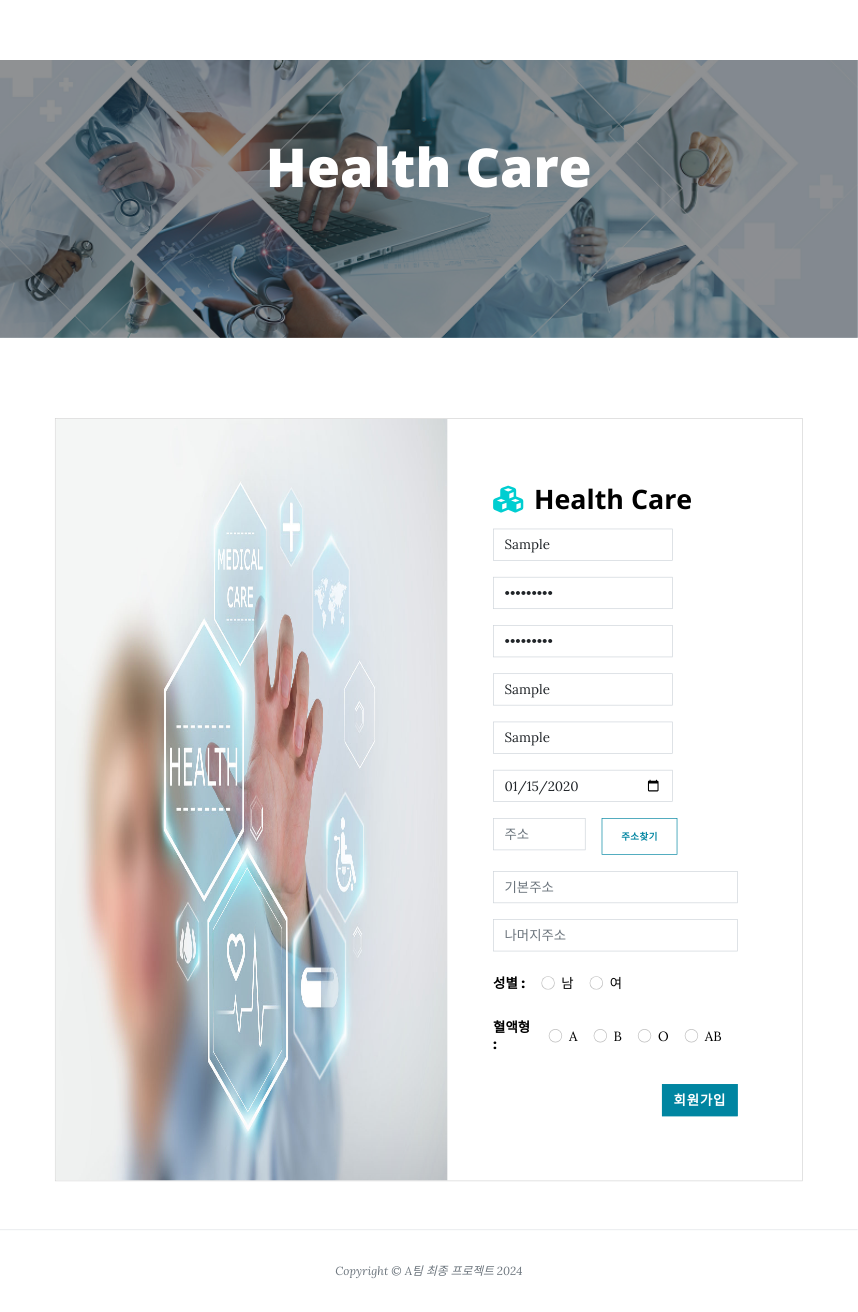
Repository: honsb91/project
Page: http://localhost/hospital/member/join.jsp
An editor plug-in stored every save of this project. The page is shown before and after the next save, followed by the edit.
The browser window is 1280 px wide. The pictures show the whole page, at 67% of full size.
Empty fields were first filled with sample values (such as "Sample", 5 or name@example.com).
After loading, the first visible `button.btn-primary` was clicked once.
Some web libraries are served in a nearby version. The page is served by Tomcat 9. Nobody is signed in. The application's start-up code is not run. Other server files are loaded and not shown.

Above is the page before, as saved 2024-01-29 08:32:57.

### hospital/src/main/webapp/member/join.jsp
<%@ page language="java" contentType="text/html; charset=UTF-8"
	pageEncoding="UTF-8"%>
<%@ taglib prefix="c" uri="http://java.sun.com/jsp/jstl/core"%>
<!DOCTYPE html>
<html>
<head>
<meta charset="UTF-8">
<title>회원가입</title>
<link rel="stylesheet" href="/resources/css/member/join.css">
</head>
<%@ include file="/include/header.jsp"%>
<body>
<section class="h-100">
<form id="join_form" method="post">
  <div class="container py-5 h-100">
    <div class="row d-flex justify-content-center align-items-center h-100">
      <div class="col">
        <div class="card card-registration my-4">
          <div class="row g-0">
            <div class="col-xl-6 d-none d-xl-block">
              <img src="/resources/assets/img/test5.jpg" alt="Sample photo" class="img-fluid"
                style="border-top-left-radius: .25rem; border-bottom-left-radius: .25rem;" />
            </div>
            <div class="col-xl-6">
              <div class="card-body p-md-5 text-black">
                <div class="d-flex align-items-center mb-3 pb-1">
                    <i class="fas fa-cubes fa-2x me-3" style="color: #00ced1;"></i>
                    <span class="h1 fw-bold mb-0">Health Care</span>
                  </div>
                <div class="row">
                  <div class="col-md-9 mb-4">
                    <div class="form-outline">
                      <input type="text" name="patient_id" id="id_input" class="form-control form-control-lg" placeholder="아이디" />
                    </div>
                    <span class="id_input_re_1">사용 가능한 아이디입니다.</span>
					<span class="id_input_re_2">아이디가 이미 존재합니다.</span>
					<span class="final_id_ck">아이디를 입력해주세요.</span>
                  </div>
                </div>

                <div class="row">
                  <div class="col-md-9 mb-4">
                    <div class="form-outline">
                      <input type="password" name="patient_pw" id="form3Example1m1" class="form-control form-control-lg" placeholder="비밀번호"/>
                    </div>
                    <span class="final_pw_ck">비밀번호를 입력해주세요.</span>
                  </div>
                </div>

                <div class="row">
                  <div class="col-md-9 mb-4">
                    <div class="form-outline">
                      <input type="password" name="patient_pw_chk" id="form3Example1m1" class="form-control form-control-lg" placeholder="비밀번호 확인"/>
                    </div>
                    <span class="final_pwck_ck">비밀번호 확인을 입력해주세요.</span>
                    <span class="pwck_input_re_1">비밀번호가 일치합니다.</span>
                	<span class="pwck_input_re_2">비밀번호가 일치하지 않습니다.</span>
                  </div>
                </div>

                <div class="row">
                  <div class="col-md-9 mb-4">
                    <div class="form-outline">
                      <input type="text" name="patient_name" id="form3Example1m1" class="form-control form-control-lg" placeholder="이름"/>
                    </div>
                    <span class="final_name_ck">이름을 입력해주세요.</span>
                  </div>
                </div>

                <div class="row">
                  <div class="col-md-9 mb-4">
                    <div class="form-outline">
                      <input type="text" name="patient_phone" id="form3Example1m1" class="form-control form-control-lg" placeholder="전화번호"/>
                    </div>
                  </div>
                </div>

                <div class="row">
                  <div class="col-md-9 mb-4">
                    <div class="form-outline">
                      <input type="date" name="patient_birth" id="form3Example1m1" class="form-control form-control-lg" />
                    </div>
                  </div>
                </div>

                <div class="row">
    				<div class="col-md-5 mb-4">
        				<div class="form-outline">
            				<input type="text" name="patient_address1" class="form-control form-control-lg" readonly="readonly" placeholder="주소"/>
        				</div>
    				</div>
    				<div class="col-md-5 mb-4">
        				<button type="button" class="btn btn-outline-primary" onclick="execution_daum_address()">주소찾기</button>
    				</div>
				</div>

                <div class="form-outline mb-4">
                  <input type="text" name="patient_address2" class="form-control form-control-lg" readonly="readonly" placeholder="기본주소"/>
                </div>

                <div class="form-outline mb-4">
                  <input type="text" name="patient_address3" class="form-control form-control-lg" readonly="readonly" placeholder="나머지주소"/>
                </div>
                <span class="final_addr_ck">주소를 입력해주세요.</span>

              <div class="d-md-flex justify-content-start align-items-center mb-4 py-2">
  					<h5 class="mb-0 me-4">성별 : </h5>
  					<div class="form-check form-check-inline mb-0 me-4">
    					<input class="form-check-input" type="radio" name="patient_gender" id="femaleGender" value="female" />
    					<label class="form-check-label" for="femaleGender">남</label>
  					</div>
  			  		<div class="form-check form-check-inline mb-0 me-4">
    					<input class="form-check-input" type="radio" name="patient_gender" id="maleGender" value="male" />
    					<label class="form-check-label" for="maleGender">여</label>
  					</div>
			  </div>

			  <div class="d-md-flex justify-content-start align-items-center mb-4 py-2">
  				<h5 class="mb-0 me-4">혈액형 : </h5>
  				<div class="form-check form-check-inline mb-0 me-4">
    				<input class="form-check-input" type="radio" name="patient_blood" id="bloodTypeA" value="A" />
    				<label class="form-check-label" for="bloodTypeA">A</label>
  				</div>

  			    <div class="form-check form-check-inline mb-0 me-4">
    				<input class="form-check-input" type="radio" name="patient_blood" id="bloodTypeB" value="B" />
    				<label class="form-check-label" for="bloodTypeB">B</label>
  				</div>

  				<div class="form-check form-check-inline mb-0 me-4">
    				<input class="form-check-input" type="radio" name="patient_blood" id="bloodTypeO" value="O" />
    				<label class="form-check-label" for="bloodTypeO">O</label>
  				</div>

  				<div class="form-check form-check-inline mb-0 me-4">
    				<input class="form-check-input" type="radio" name="patient_blood" id="bloodTypeAB" value="AB" />
    				<label class="form-check-label" for="bloodTypeAB">AB</label>
  				</div>
			  </div>

                <div class="d-flex justify-content-end pt-3">
                  <button type="button" name="join_button" class="btn btn-primary btn-lg ms-2">회원가입</button>
                </div>
              </div>
            </div>
          </div>
        </div>
      </div>
    </div>
  </div>
  </form>
</section>
</body>
<%@ include file="/include/footer.jsp"%>
<script src="https://t1.daumcdn.net/mapjsapi/bundle/postcode/prod/postcode.v2.js"></script>
<script
  src="https://code.jquery.com/jquery-3.4.1.js"
  integrity="sha256-WpOohJOqMqqyKL9FccASB9O0KwACQJpFTUBLTYOVvVU="
  crossorigin="anonymous"></script>

<script>

/* 유효성 검사 통과유무 변수 */

var idCheck = false;            // 아이디
var idckCheck = false;            // 아이디 중복 검사
var pwCheck = false;            // 비번
var pwckCheck = false;            // 비번 확인
var pwckcorCheck = false;        // 비번 확인 일치 확인
var nameCheck = false;            // 이름
var addressCheck = false         // 주소


/* 다음 주소 연동 */
function execution_daum_address(){

    new daum.Postcode({
        oncomplete: function(data) {
            // 팝업에서 검색결과 항목을 클릭했을때 실행할 코드를 작성하는 부분입니다.
        	// 각 주소의 노출 규칙에 따라 주소를 조합한다.
            // 내려오는 변수가 값이 없는 경우엔 공백('')값을 가지므로, 이를 참고하여 분기 한다.
            var addr = ''; // 주소 변수
            var extraAddr = ''; // 참고항목 변수

            //사용자가 선택한 주소 타입에 따라 해당 주소 값을 가져온다.
            if (data.userSelectedType === 'R') { // 사용자가 도로명 주소를 선택했을 경우
                addr = data.roadAddress;
            } else { // 사용자가 지번 주소를 선택했을 경우(J)
                addr = data.jibunAddress;
            }

            // 사용자가 선택한 주소가 도로명 타입일때 참고항목을 조합한다.
            if(data.userSelectedType === 'R'){
                // 법정동명이 있을 경우 추가한다. (법정리는 제외)
                // 법정동의 경우 마지막 문자가 "동/로/가"로 끝난다.
                if(data.bname !== '' && /[동|로|가]$/g.test(data.bname)){
                    extraAddr += data.bname;
                }
                // 건물명이 있고, 공동주택일 경우 추가한다.
                if(data.buildingName !== '' && data.apartment === 'Y'){
                    extraAddr += (extraAddr !== '' ? ', ' + data.buildingName : data.buildingName);
                }
                // 표시할 참고항목이 있을 경우, 괄호까지 추가한 최종 문자열을 만든다.
                if(extraAddr !== ''){
                    extraAddr = ' (' + extraAddr + ')';
                }
             // 주소변수 문자열과 참고항목 문자열 합치기
                addr += extraAddr;

            } else {
            	addr += ' ';
            }
            // 우편번호와 주소 정보를 해당 필드에 넣는다.
            $("[name=patient_address1]").val(data.zonecode);    // 대체가능
            $("[name=patient_address2]").val(addr);            // 대체가능
            // 상세주소 입력란 disabled 속성 변경 및 커서를 상세주소 필드로 이동한다.
            $("[name=patient_address3]").attr("readonly",false);
            $("[name=patient_address3]").focus();
        }
    }).open();
}

/* 비밀번호 확인 일치 유효성 검사 */

$('[name=patient_pw_chk]').on("propertychange change keyup paste input", function(){

    var pw = $('[name=patient_pw]').val();
    var pwck = $('[name=patient_pw_chk]').val();
    $('.final_pwck_ck').css('display', 'none');

    if(pw == pwck){
        $('.pwck_input_re_1').css('display','block');
        $('.pwck_input_re_2').css('display','none');
        pwckcorCheck = true;
    }else{
        $('.pwck_input_re_1').css('display','none');
        $('.pwck_input_re_2').css('display','block');
        pwckcorCheck = false;
    }

});

/* 회원가입 기능 작동관련 로직 */
	$(document).ready(function(){
	//회원가입 버튼(회원가입 기능 작동)
	$("[name=join_button]").click(function(){
		//$("#join_form").attr("action", "/member/join");
		//$("#join_form").submit();

		/* 입력값 변수 */
        var id = $('[name=patient_id]').val();            // id 입력란
        var pw = $('[name=patient_pw]').val();            // 비밀번호 입력란
        var pwck = $('[name=patient_pw_chk]').val();      // 비밀번호 확인 입력란
        var name = $('[name=patient_name]').val();        // 이름 입력란
        var addr = $('[name=patient_address3]').val();    // 주소 입력란

        /* 아이디 유효성검사 */
        if(id == ""){
            $('.final_id_ck').css('display','block');
            idCheck = false;
        }else{
            $('.final_id_ck').css('display', 'none');
            idCheck = true;
        }

        /* 비밀번호 유효성 검사 */
        if(pw == ""){
            $('.final_pw_ck').css('display','block');
            pwCheck = false;
        }else{
            $('.final_pw_ck').css('display', 'none');
            pwCheck = true;
        }

        /* 비밀번호 확인 유효성 검사 */
        if(pwck == ""){
            $('.final_pwck_ck').css('display','block');
            pwckCheck = false;
        }else{
            $('.final_pwck_ck').css('display', 'none');
            pwckCheck = true;
        }

        /* 이름 유효성 검사 */
        if(name == ""){
            $('.final_name_ck').css('display','block');
            nameCheck = false;
        }else{
            $('.final_name_ck').css('display', 'none');
            nameCheck = true;
        }
	});
});

/* 아이디 중복검사 로직 */
//아이디 중복검사
$('#id_input').on("propertychange change keyup paste input", function(){

	var patient_id = $('#id_input').val(); // #id_input에 입력되는 값
	var data = {patient_id : patient_id}   // 컨트롤에 넘길 데이터 이름 : 데이터(#id_input에 입력되는 값)

	$.ajax({
		type : "post",
		url : "/member/patientIdChk",
		data : data,
		success : function(result){
			if(result != 'fail'){
				$('.id_input_re_1').css("display","inline-block");
				$('.id_input_re_2').css("display", "none");
				// 아이디 중복이 없는 경우
				idckCheck = true;
			} else {
				$('.id_input_re_2').css("display","inline-block");
				$('.id_input_re_1').css("display", "none");
				// 아이디 중복된 경우
				idckCheck = false;
			}
		} // success 종료
	}); // ajax 종료
});

</script>
</html>

### hospital/src/main/webapp/include/header.jsp
<%@ page language="java" contentType="text/html; charset=UTF-8"
    pageEncoding="UTF-8"%><head>
<%@ taglib prefix="c" uri="http://java.sun.com/jsp/jstl/core"%>
<meta charset="UTF-8">
<title>Insert title here</title>
<head>
<meta charset="utf-8" />
<meta name="viewport"
	content="width=device-width, initial-scale=1, shrink-to-fit=no" />
<meta name="description" content="" />
<meta name="author" content="" />
<link rel="icon" type="image/x-icon" href="/resources/assets/favicon.ico" />
<!-- Font Awesome icons (free version)-->
<script src="https://use.fontawesome.com/releases/v6.3.0/js/all.js"
	crossorigin="anonymous"></script>
<!-- Google fonts-->
<link
	href="https://fonts.googleapis.com/css?family=Lora:400,700,400italic,700italic"
	rel="stylesheet" type="text/css" />
<link
	href="https://fonts.googleapis.com/css?family=Open+Sans:300italic,400italic,600italic,700italic,800italic,400,300,600,700,800"
	rel="stylesheet" type="text/css" />
<!-- Core theme CSS (includes Bootstrap)-->
<link href="/resources/css/styles.css" rel="stylesheet" />
</head>
<body>
	<!-- Navigation-->
	<nav class="navbar navbar-expand-lg navbar-light" id="mainNav">
		<div class="container px-4 px-lg-5">
			<a class="navbar-brand" href="index.html">Health Care</a>
			<button class="navbar-toggler" type="button"
				data-bs-toggle="collapse" data-bs-target="#navbarResponsive"
				aria-controls="navbarResponsive" aria-expanded="false"
				aria-label="Toggle navigation">
				Menu <i class="fas fa-bars"></i>
			</button>
			<div class="collapse navbar-collapse" id="navbarResponsive">
				<ul class="navbar-nav ms-auto py-4 py-lg-0 ">
					<li class="nav-item"><a class="nav-link px-lg-3 py-3 py-lg-4" href="/main">Home</a></li>
					<li class="nav-item"><a class="nav-link px-lg-3 py-3 py-lg-4" href="about.html">공지사항</a></li>
					<li class="nav-item"><a class="nav-link px-lg-3 py-3 py-lg-4" href="post.html">자주묻는질문</a></li>
					<li class="nav-item"><a class="nav-link px-lg-3 py-3 py-lg-4" href="post.html">커뮤니티</a></li>
					<li class="nav-item"><a class="nav-link px-lg-3 py-3 py-lg-4" href="/member/login.jsp">로그인</a></li>
					<li class="nav-item"><a class="nav-link px-lg-3 py-3 py-lg-4" href="/member/join.jsp">회원가입</a></li>
				</ul>
			</div>
		</div>
	</nav>
	<!-- Page Header-->
	<header class="masthead" style="background-image: url('/resources/assets/img/test4.png')">
		<div class="container position-relative px-4 px-lg-5">
			<div class="row gx-4 gx-lg-5 justify-content-center">
				<div class="col-md-10 col-lg-8 col-xl-7">
					<div class="site-heading">
						<h1>Health Care</h1>
					</div>
				</div>
			</div>
		</div>
	</header>

### hospital/src/main/webapp/include/footer.jsp
<%@ page language="java" contentType="text/html; charset=UTF-8"
    pageEncoding="UTF-8"%>
<!DOCTYPE html>
<html>
<head>
<meta charset="UTF-8">
<title>Insert title here</title>
</head>
<body>
<footer class="border-top">
		<div class="container px-4 px-lg-5">
			<div class="row gx-4 gx-lg-5 justify-content-center">
				<div class="col-md-10 col-lg-8 col-xl-7">
					<div class="small text-center text-muted fst-italic">Copyright
						&copy; A팀 최종 프로젝트 2024</div>
				</div>
			</div>
		</div>
	</footer>
	<!-- Bootstrap core JS-->
	<script
		src="https://cdn.jsdelivr.net/npm/bootstrap@5.2.3/dist/js/bootstrap.bundle.min.js"></script>
	<!-- Core theme JS-->
	<script src="js/scripts.js"></script>
</body>
</html>

### hospital/src/main/webapp/resources/css/member/join.css
@charset "UTF-8";

/* 중복아이디 존재하지 않는경우 */
.id_input_re_1{
color : green;
display : none;
}

/* 중복아이디 존재하는 경우 */
.id_input_re_2{
color : red;
display : none;
}

/* 유효성 검사 문구 */

.final_id_ck{
    display: none;
    color : red;
}
.final_pw_ck{
    display: none;
    color : red;
}
.final_pwck_ck{
    display: none;
    color : red;
}
.final_name_ck{
    display: none;
    color : red;
}

.final_phone_ck{
    display: none;
    color : red;
}

.final_addr_ck{
    display: none;
    color : red;
}

/* 비밀번호 확인 일치 유효성검사 */
.pwck_input_re_1{
        color : green;
        display : none;
}
.pwck_input_re_2{
        color : red;
        display : none;
}

### hospital/src/main/webapp/resources/js/scripts.js
/*!
* Start Bootstrap - Clean Blog v6.0.9 (https://startbootstrap.com/theme/clean-blog)
* Copyright 2013-2023 Start Bootstrap
* Licensed under MIT (https://github.com/StartBootstrap/startbootstrap-clean-blog/blob/master/LICENSE)
*/
window.addEventListener('DOMContentLoaded', () => {
    let scrollPos = 0;
    const mainNav = document.getElementById('mainNav');
    const headerHeight = mainNav.clientHeight;
    window.addEventListener('scroll', function() {
        const currentTop = document.body.getBoundingClientRect().top * -1;
        if ( currentTop < scrollPos) {
            // Scrolling Up
            if (currentTop > 0 && mainNav.classList.contains('is-fixed')) {
                mainNav.classList.add('is-visible');
            } else {
                console.log(123);
                mainNav.classList.remove('is-visible', 'is-fixed');
            }
        } else {
            // Scrolling Down
            mainNav.classList.remove(['is-visible']);
            if (currentTop > headerHeight && !mainNav.classList.contains('is-fixed')) {
                mainNav.classList.add('is-fixed');
            }
        }
        scrollPos = currentTop;
    });
})

Loaded but not shown: hospital/src/main/webapp/resources/css/styles.css (library)

After the next save:
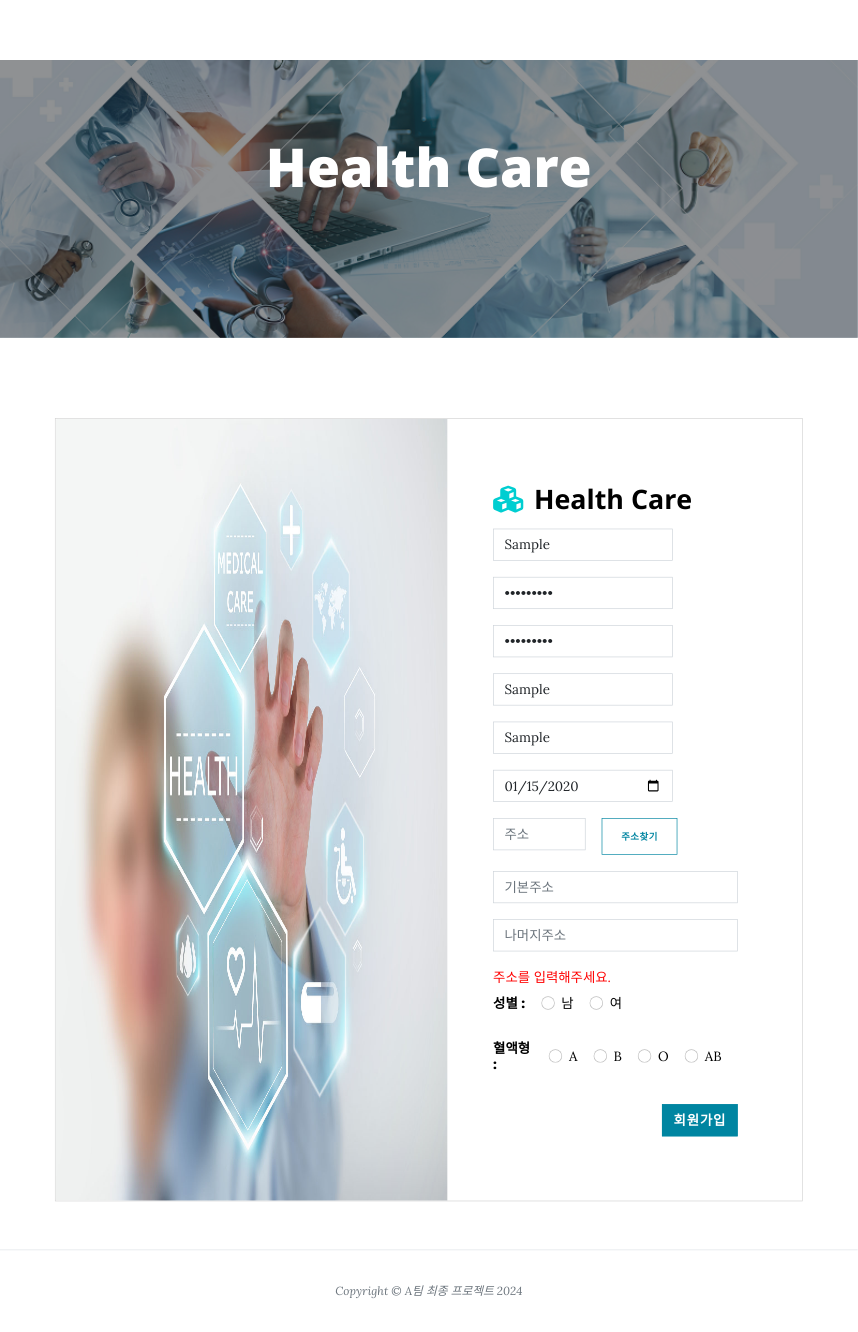
Saved 12 s later.
--- a/hospital/src/main/webapp/member/join.jsp
+++ b/hospital/src/main/webapp/member/join.jsp
@@ -289,6 +289,15 @@ $('[name=patient_pw_chk]').on("propertychange change keyup paste input", functio
             $('.final_name_ck').css('display', 'none');
             nameCheck = true;
         }
+
+        /* 주소 유효성 검사 */
+        if(addr == ""){
+            $('.final_addr_ck').css('display','block');
+            addressCheck = false;
+        }else{
+            $('.final_addr_ck').css('display', 'none');
+            addressCheck = true;
+        }
 	});
 });
 
